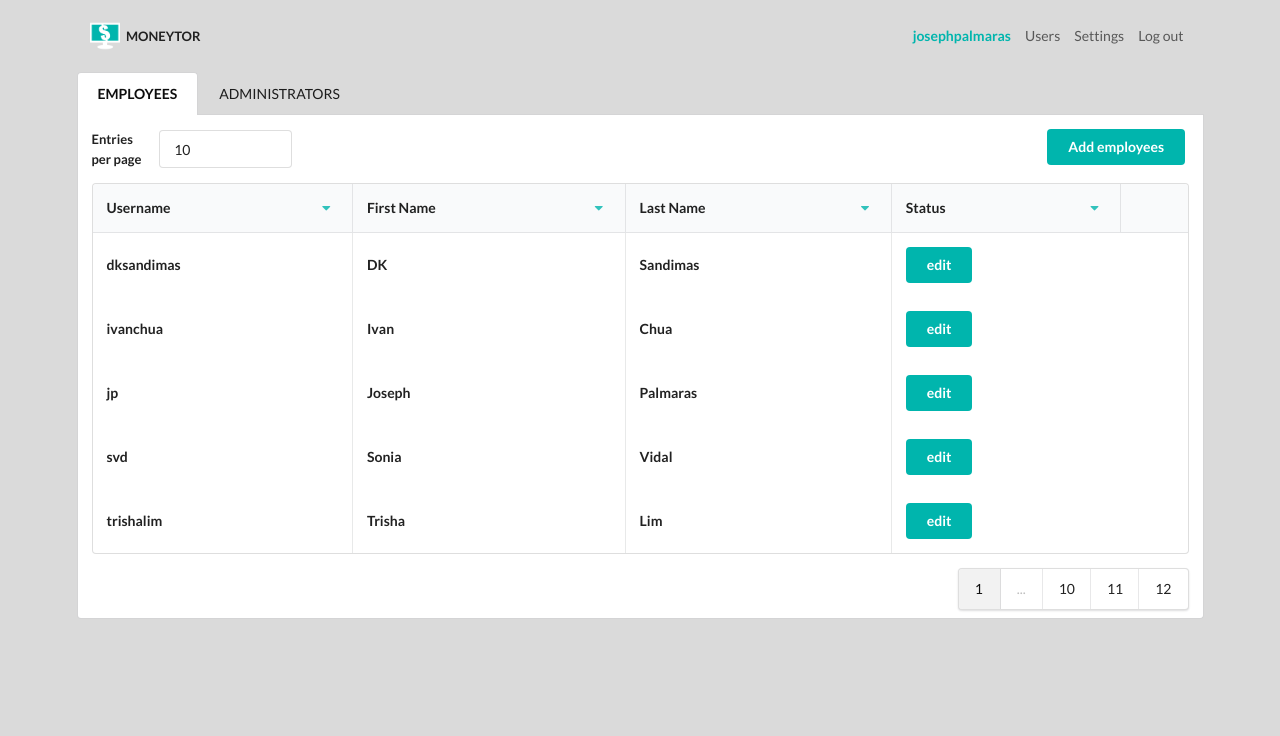
Repository: TV5/MoneyTor
Page: Workspace/MoneyTor/war/users.html
These files come from the project's save history. The page is drawn as it stood at one moment and after the next save; the edit follows.
The browser window is 1280 px wide. The pictures show the whole page.

Above is the page before, as saved 2015-10-08 05:45:26.

After the next save:
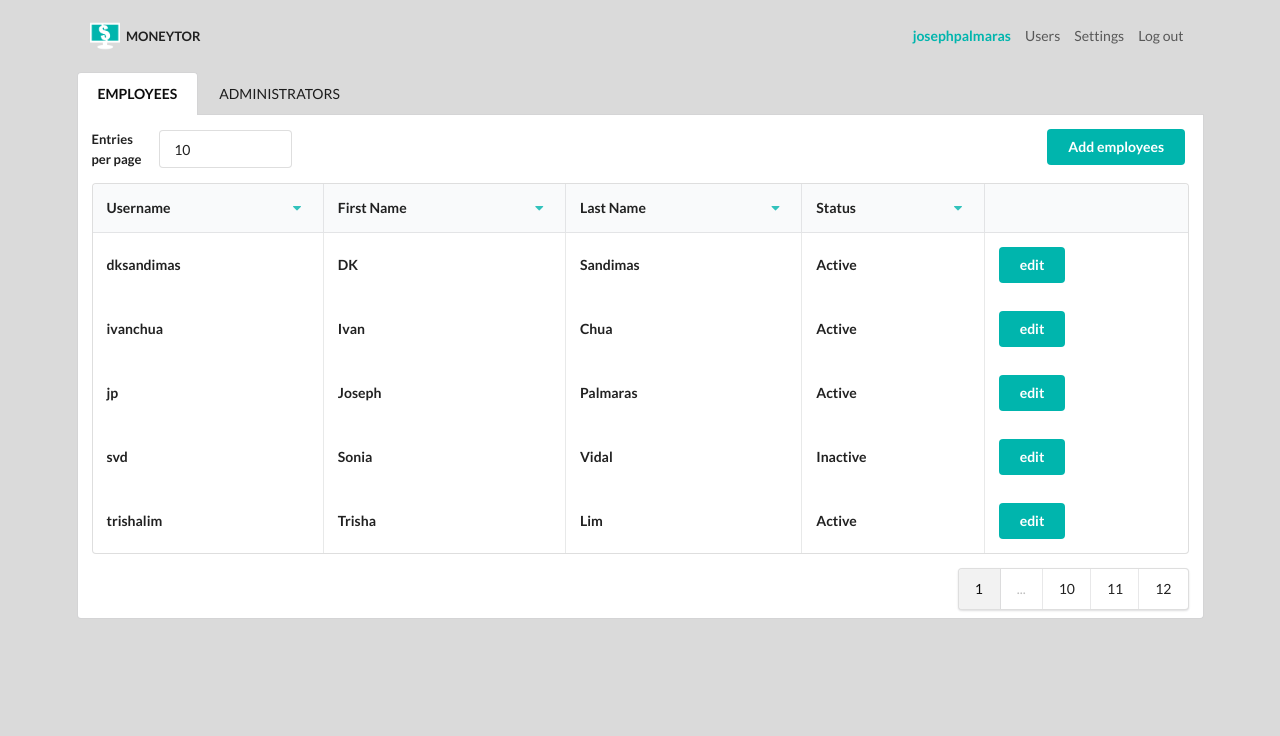
Saved 22 s later.
--- a/Workspace/MoneyTor/war/users.html
+++ b/Workspace/MoneyTor/war/users.html
@@ -116,30 +116,35 @@ a {
 						<th>dksandimas</th>
 						<th>DK</th>
 						<th>Sandimas</th>
+						<th>Active</th>
 						<th><button class="ui button teal" id="editemployeeBtn">edit</button></th>
 					</tr>
 					<tr>
 						<th>ivanchua</th>
 						<th>Ivan</th>
 						<th>Chua</th>
+						<th>Active</th>
 						<th><button class="ui button teal" id="editemployeeBtn">edit</button></th>
 					</tr>
 					<tr>
 						<th>jp</th>
 						<th>Joseph</th>
 						<th>Palmaras</th>
+						<th>Active</th>
 						<th><button class="ui button teal" id="editemployeeBtn">edit</button></th>
 					</tr>
 					<tr>
 						<th>svd</th>
 						<th>Sonia</th>
 						<th>Vidal</th>
+						<th>Inactive</th>
 						<th><button class="ui button teal" id="editemployeeBtn">edit</button></th>
 					</tr>
 					<tr>
 						<th>trishalim</th>
 						<th>Trisha</th>
 						<th>Lim</th>
+						<th>Active</th>
 						<th><button class="ui button teal" id="editemployeeBtn">edit</button></th>
 					</tr>
 				</tbody>
